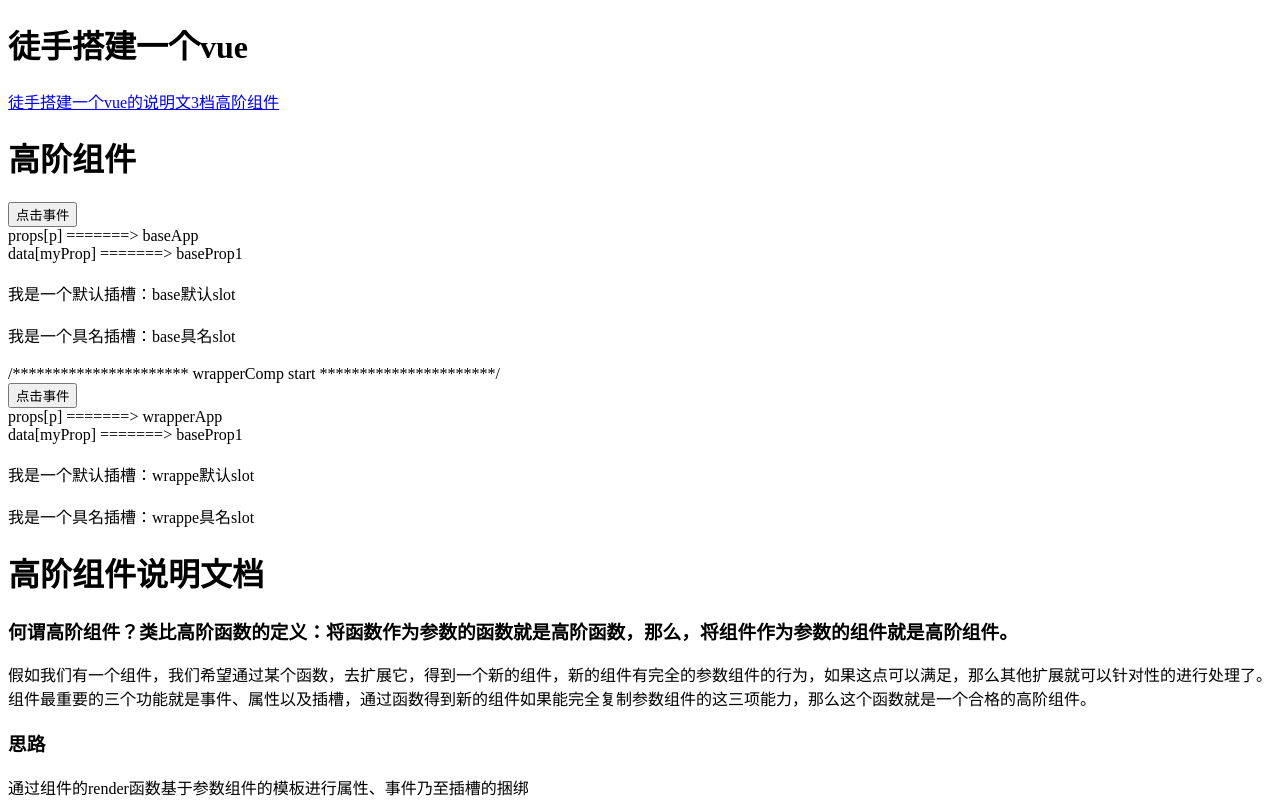
Repository: yuWhy/vue-build-cli
Page: /#/hightOrderComponents
These files come from the project's save history. The page is drawn as it stood at one moment and after the next save; the edit follows.
The browser window is 1280 px wide. The pictures show the whole page.
The project was rebuilt for these pictures with package versions that can differ from the ones it lists, and the page was loaded fresh each time. Also part of the build but not shown: webpack.config.js, src/router/index.js.

Above is the page before, as saved 2021-02-22 13:24:39.

After the next save:
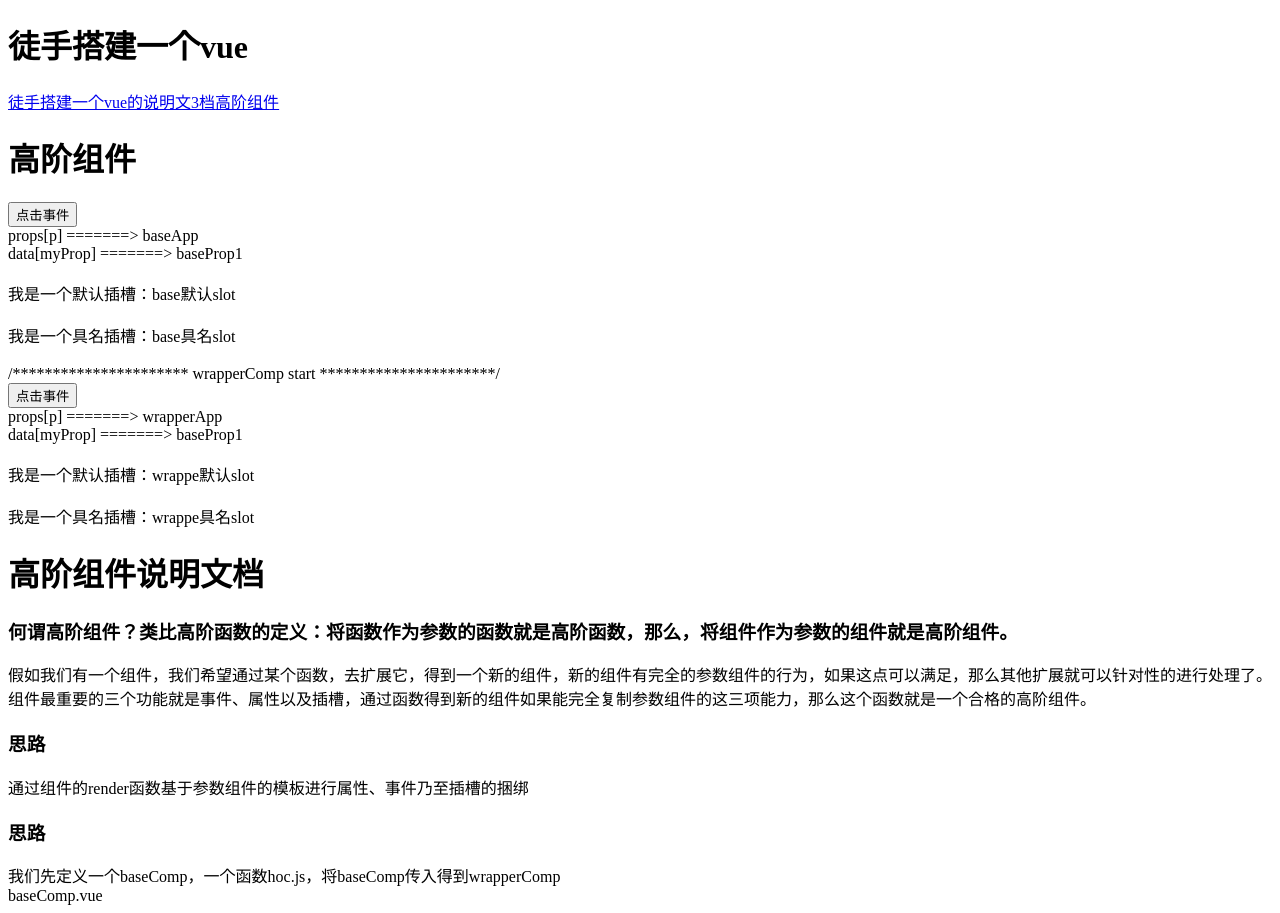
Saved 71 s later.
--- a/src/pages/HightOrderComponents/index.vue
+++ b/src/pages/HightOrderComponents/index.vue
@@ -21,6 +21,9 @@
     <p>假如我们有一个组件，我们希望通过某个函数，去扩展它，得到一个新的组件，新的组件有完全的参数组件的行为，如果这点可以满足，那么其他扩展就可以针对性的进行处理了。组件最重要的三个功能就是事件、属性以及插槽，通过函数得到新的组件如果能完全复制参数组件的这三项能力，那么这个函数就是一个合格的高阶组件。</p>
     <h3>思路</h3>
     <span>通过组件的render函数基于参数组件的模板进行属性、事件乃至插槽的捆绑</span>
+    <h3>思路</h3>
+    <span>我们先定义一个baseComp，一个函数hoc.js，将baseComp传入得到wrapperComp</span><br>
+    <span>baseComp.vue</span>
   </div>
 </template>
 
